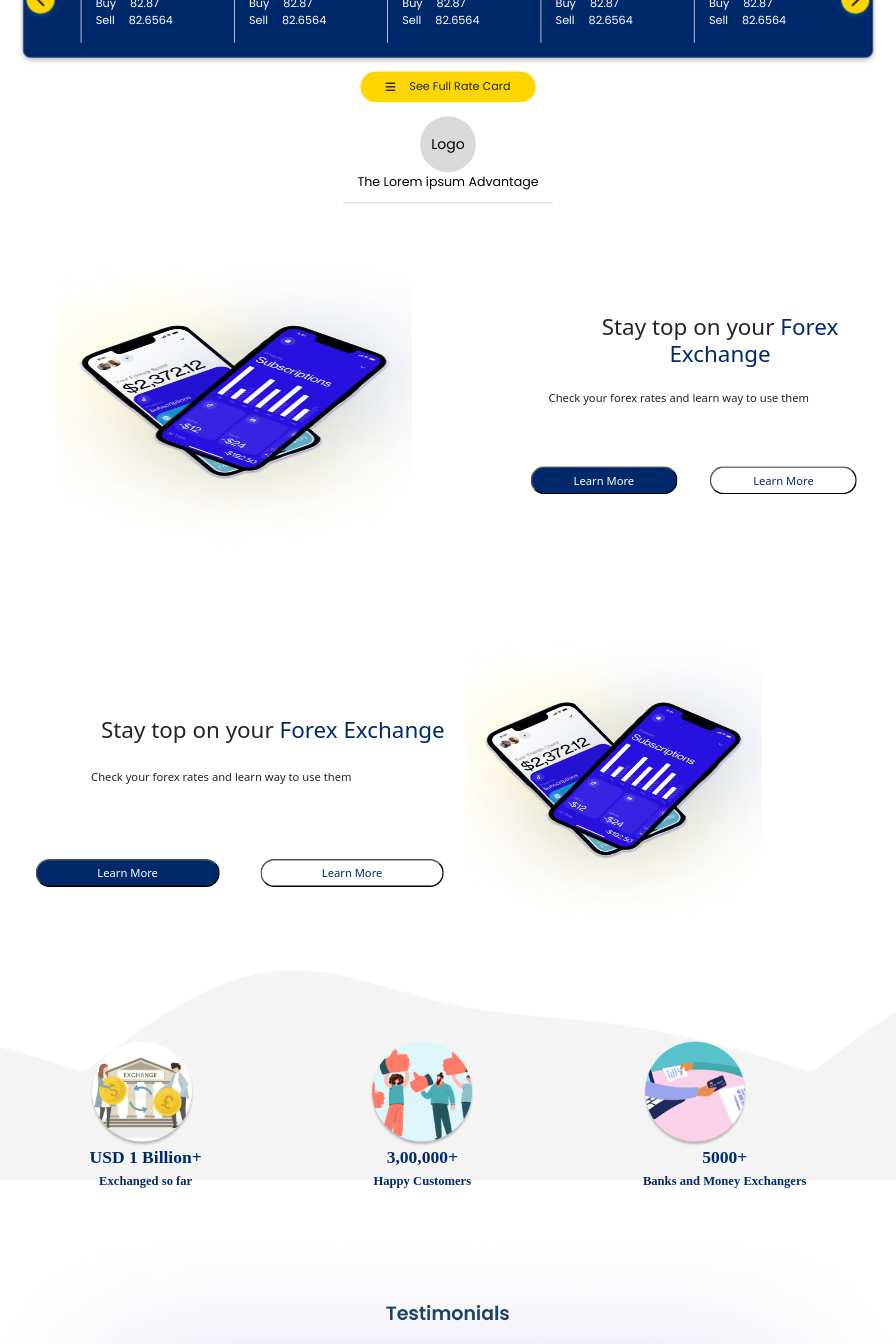
Repository: FlyweisReact/Akshadeep-latest
Page: /
The author's editor kept a copy of each file at every save. The page is drawn from the files as they stood at one save, then again after the next save.
The browser window is 1280 px wide. The pictures show the part of the page from y = 863 to 2783 px (the page is 4672 px tall before and 4669 px after), at 70% of full size.
Some web libraries are served in a nearby version. The project was rebuilt for these pictures with package versions that can differ from the ones it lists, and the page was loaded fresh each time. Also part of the build but not shown: src/components/exchange.jsx, src/components/order_p1.jsx, src/components/order_p2.jsx, src/components/faas.jsx, src/components/offer.jsx, src/components/main2.jsx, src/components/home.jsx, src/components/slider.jsx and 6 more.

Above is the page before, as saved 2023-05-23 16:01:39.

### public/index.html
<!DOCTYPE html>
<html lang="en">
  <head>
    <meta charset="utf-8" />
    <link rel="icon" href="%PUBLIC_URL%/favicon.ico" />
    <meta name="viewport" content="width=device-width, initial-scale=1" />
    <meta name="theme-color" content="#000000" />
    <meta
      name="description"
      content="Web site created using create-react-app"
    />
    <link rel="apple-touch-icon" href="%PUBLIC_URL%/logo192.png" />

    <link rel="manifest" href="%PUBLIC_URL%/manifest.json" />
    <link rel="stylesheet" href="https://cdnjs.cloudflare.com/ajax/libs/font-awesome/5.15.3/css/all.min.css" />
    <link href="https://cdn.jsdelivr.net/npm/bootstrap@5.3.0-alpha1/dist/css/bootstrap.min.css" rel="stylesheet" integrity="sha384-GLhlTQ8iRABdZLl6O3oVMWSktQOp6b7In1Zl3/Jr59b6EGGoI1aFkw7cmDA6j6gD" crossorigin="anonymous">
    <title>React App</title>
  </head>
  <body>
    <noscript>You need to enable JavaScript to run this app.</noscript>
    <div id="root"></div>
    <script src="https://kit.fontawesome.com/b533b351e4.js" crossorigin="anonymous"></script>
  </body>
</html>

### src/components/Main.jsx
/** @format */

import React from "react";
import Navbar from "./navbar";
import "react-responsive-carousel/lib/styles/carousel.min.css";
import BottomCont from "./bottom_cont";
import Footer from "./footer";
import img from "../Images/a-7.png";
import img5 from "../Images/a-58.png";
import UpperForm from "./Component/Index/UpperForm";
import UpperSlider from "./Component/Index/UpperSlider";
import CurrencySlider from "./Component/Index/CurrencySlider";

function Main() {
  return (
    <>
      <Navbar />

      <div className="upper-two-component">
        <div className="left-component">
          <UpperForm />
        </div>
        <div className="right-component">
          <UpperSlider />
        </div>
      </div>

      <div className="Index-currency_cont">
        <CurrencySlider />
      </div>

      <div className="Index_center_button">
      <i className="fa-solid fa-bars"></i>
        <p>See Full Rate Card</p>
      </div>

      <div className="Index_center_Div">
        <div className="logo">
          Logo
        </div>
        <p>The Lorem ipsum Advantage</p>
        <hr />
      </div>



      <div className="main-2-cont">
        <div className="main-2-left">
          <img src={img} alt="" />
        </div>
        <div className="main-2-right">
          <h2>
            Stay top on your <spam className="sp">Forex Exchange</spam>
          </h2>
          <p>Check your forex rates and learn way to use them</p>
          <div className="main-2-r-btn">
            <button className="main-2l-btn">Learn More</button>
            <button className="main-2r-btn">Learn More</button>
          </div>
        </div>
      </div>
      <div className="main-3-cont">
        <div className="main-3-left">
          <h2>
            Stay top on your <spam className="sp">Forex Exchange</spam>
          </h2>
          <p>Check your forex rates and learn way to use them</p>
          <div className="main-2-r-btn">
            <button className="main-2l-btn">Learn More</button>
            <button className="main-2r-btn">Learn More</button>
          </div>
        </div>
        <div className="main-3-right">
          <img src={img} alt="" />
        </div>
      </div>
      <BottomCont />
      <Footer />
    </>
  );
}

export default Main;

### src/Style/Header.css
/** @format */

.Sticky-Header-Companent {
  height: 100%;
  background-color: var(--white);
  position: sticky;
  top: 0;
  z-index: 999;
  padding: 20px;
  transition: box-shadow 0.3s ease;
}

.scrolled {
  box-shadow: rgba(0, 0, 0, 0.24) 0px 3px 8px;
}

.Header {
  width: 100%;
  display: flex;
  justify-content: space-between;
  align-items: center;
}

.Header .left-component a {
  font-family: InterFont;
  font-size: 2rem;
  color: #000000;
  cursor: pointer;
  text-decoration: none;
}

.Header .right-component {
  display: flex;
  gap: 20px;
}
.Header .right-component .btn1 {
  font-weight: 500;
  font-size: var(--medium-font);
  color: var(--black);
  background-color: transparent;
  border: none;
}
.Header .right-component .btn2 {
  font-size: var(--medium-font);
  color: var(--white);
  background-color : #00296B;
  border: 1px solid #00296B;
  padding: 10px;
  width: 200px;
  border-radius: var(--half-border);
}

/* Category Drop- Down */
.Drop-Category-Bar {
  display: flex;
  align-items: center;
}
.Drop-Category-Bar .left-container {
  width: 20%;
  padding: 20px;
}

.Drop-Category-Bar .right-Container {
  display: flex;
  width: 60%;
  justify-content: space-evenly;
}

.Drop-Category-Bar .left-container i {
  font-size: var(--medium-font);
  cursor: pointer;
}
.Drop-Category-Bar .right-Container #dropdown-basic {
  border: none;
  font-size: var(--medium-font);
  font-style: normal;
  line-height: 29px;
  color: #333131;
}
.Drop-Category-Bar .right-Container #dropdown-button-drop-end {
  width: 100%;
  display: flex;
  justify-content: space-between;
  gap: 20px;
  align-items: center;
  font-size: var(--small-font);
  border: none;
}
.Drop-Category-Bar .right-Container .dropdown-item {
  width: 100%;
  font-size: var(--small-font);
  border: none;
  padding-left: 12px;
}

/* FullScreen Offcanvas */
.offcanvas.offcanvas-start {
  width: 100% !important;
  background-color: transparent;
}
.offcanvas-backdrop.show {
  opacity: 0.9 !important;
}
.Offcanvas-Menu {
  position: relative;
  padding: 20px;
}
.Offcanvas-Menu .fa-x {
  font-size: var(--medium-font);
  color: #fff;
  position: absolute;
  right: 20px;
  top: 20px;
  cursor: pointer;
}
.Offcanvas-Menu .Menu-Items {
  display: flex;
  justify-content: space-evenly;
  align-items: center;
  position: absolute;
  top: 50%;
  gap: 20px;
  left: 50%;
  transform: translate(-50%, -50%);
  width: 100%;
  padding-left: 5%;
  padding-right: 5%;
}
.Offcanvas-Menu .Menu-Items div {
  width: 20%;
  cursor: pointer;
}
.Offcanvas-Menu .Menu-Items div img {
  display: block;
  margin: auto;
}
.Offcanvas-Menu .Menu-Items div a {
  text-decoration: none;
}
.Offcanvas-Menu .Menu-Items p {
  font-size: var(--medium-font);
  color: #ffffff;
  text-align: center;
  margin-top: 10px;
  font-family: OpenFont;
  text-decoration: none;
  width: 100%;
}

### src/Style/Layout.css
/**
 * Two Section Component
 *
 * @format
 */

.upper-two-component {
  display: flex;
  justify-content: space-evenly;
  padding-top: 20px;
}
.upper-two-component .left-component {
  width: 40%;
}
.upper-two-component .right-component {
  width: 50%;
}

/* Currency Container */
.Index-currency_cont {
  width: 98%;
  margin: auto;
  padding: 20px;
  filter: drop-shadow(0px 4px 4px rgba(0, 0, 0, 0.25));
  padding-top: 5%;
}

/* Rate Button */
.Index_center_button {
  width: 250px;
  background: #ffd500;
  border-radius: 27px;
  display: flex;
  gap: 20px;
  justify-content: center;
  align-items: center;
  padding: 10px;
  margin: auto;
  cursor: pointer;
}
.Index_center_button i {
  margin: 0;
}
.Index_center_button p {
  margin: 0;
  font-family: PoppinFont;
  font-size: var(--extra-small-font);
}

/* Index_center_Div */
.Index_center_Div {
  width: 300px;
  display: block;
  margin: auto;
  padding-top: 20px;
  text-align: center;
}
.Index_center_Div .logo {
  background-color: #d9d9d9;
  color: #000;
  font-family: PoppinFont;
  width: 80px;
  height: 80px;
  border-radius: 100%;
  display: flex;
  justify-content: center;
  align-items: center;
  margin: auto;
  font-size: var(--medium-font);
}
.Index_center_Div p{
    color: #000;
    font-family: PoppinFont;
    text-align: center;
    font-size: var(--small-font);
}

### src/Style/Component.css
/**
 * Upper Form Component
 *
 * @format
 */

.Index-Upper-Form {
  width: 100%;
  padding-top: 20px;
}
.Index-Upper-Form .button-container {
  display: flex;
  align-items: center;
  justify-content: center;
  gap: 10px;
  width: 100%;
}
.Index-Upper-Form .button-container button {
  background-color: #fff;
  color: #333;
  border: 1px solid #ffd500;
  font-size: var(--small-font);
  cursor: pointer;
  padding: 10px;
  width: 20%;
  font-family: OpenFont;
  border-radius: 4px;
  transition: 0.5s;
}
.Index-Upper-Form .button-container button:hover {
  background: #ffd500;
}
.Index-Upper-Form .form-cont {
  width: 100%;
  margin-top: 10px;
  background: #00296b;
  border: 1px solid #333131;
  box-shadow: 0px 0px 100px 8px rgba(255, 213, 0, 0.3);
  border-radius: 12px;
  position: relative;
  padding: 20px;
}
.Index-Upper-Form .form-cont .form-part-1 .two-cont {
  display: flex;
  justify-content: space-between;
  width: 100%;
}
.Index-Upper-Form .form-cont .form-part-1 .two-cont div {
  width: 45%;
}
.Index-Upper-Form .form-cont .form-part-1 .two-cont div label {
  color: var(--white);
  font-size: var(--extra-small-font);
  font-family: PoppinFont;
  line-height: 24px;
  color: #ffffff;
}

.Index-Upper-Form .form-cont .form-part-1 .two-cont div select {
  width: 100%;
  margin-top: 3px;
  outline: none;
  font-size: var(--extra-small-font);
  color: #897f7f;
  font-family: PoppinFont;
  padding: 10px;
  border-radius: 4px;
  border: 1px solid #897f7f;
}
.Index-Upper-Form .form-cont .form-part-1 .rate {
  font-size: 16px;
  line-height: 24px;
  color: #ffffff;
  margin-top: 10px;
  font-family: PoppinFont;
}
.Index-Upper-Form .form-cont .form-part-1 .two-cont div input {
  width: 100%;
  margin-top: 3px;
  outline: none;
  font-size: var(--extra-small-font);
  color: #897f7f;
  font-family: PoppinFont;
  padding: 10px;
  border-radius: 4px;
  border: 1px solid #897f7f;
}
.Index-Upper-Form .form-cont .form-part-1 .two-cont div input::placeholder {
  color: #897f7f;
}
.Index-Upper-Form .form-cont .form-part-1 .two-cont .two-section {
  display: flex;
  gap: 10px;
  color: var(--white);
  margin-top: 10px;
  align-items: center;
}
.Index-Upper-Form .form-cont .form-part-1 .two-cont .two-section p {
  margin: 0;
  font-family: PoppinFont;
}
.Index-Upper-Form .form-cont .form-part-1 .two-cont .two-section button {
  background-color: #214360;
  outline: none;
  border: 1px solid #214360;
  color: var(--white);
  font-family: PoppinFont;
}
.Index-Upper-Form .form-cont .form-part-1 .two-cont .two-section i {
  color: #ffd500;
}
.Index-Upper-Form .form-cont .form-part-1 .two-cont .two-section .add {
  color: #ffd500;
  text-decoration: underline;
}
.Index-Upper-Form .form-cont .ord-btn {
  font-size: var(--medium-font);
  font-family: PoppinFont;
  background: #ffd500;
  border-radius: 30.2748px;
  border: none;
  width: 40%;
  padding: 10px;
  display: block;
  margin: auto;
  position: absolute;
  top: 98%;
  cursor: pointer;
  left: 50%;
  transform: translate(-50%, -50%);
}

/* Slick Slider */
.slick-slider-Cont {
  position: relative;
}
.slick-slider-Cont .Prev-Next_cont {
  display: flex;
  justify-content: space-between;
}
.slick-slider-Cont .Prev-Next_cont .PrevImg {
  position: absolute;
  top: 50%;
  left: 5%;
  transform: translate(-50%, -50%);
  cursor: pointer;
}
.slick-slider-Cont .Prev-Next_cont .NextImg {
  position: absolute;
  top: 50%;
  left: 95%;
  transform: translate(-50%, -50%);
  cursor: pointer;
}

.Slick-Slider {
  height: 100%;
  padding: 20px;
}
.Slick-Slider .slider-container-div {
  width: 100%;
}
.Slick-Slider .slider-container-div p {
  font-family: PoppinFont;
  font-size: 24px;
  line-height: 40px;
  color: #000;
  text-align: center;
  margin: 0;
}
.Slick-Slider .slider-container-div img {
  display: block;
  margin: auto;
}
.Slick-Slider:focus {
  border: none !important;
}
.Slick-Slider:active {
  border: none !important;
}

.Slick-Slider .slider-container-div .two-comp {
  display: flex;
  justify-content: space-evenly;
  gap: 10px;
}
.Slick-Slider .slider-container-div .two-comp .left-comp {
  width: 45%;
  position: relative;
}
.Slick-Slider .slider-container-div .two-comp .left-comp img {
  position: absolute;
  top: 50%;
  left: 50%;
  transform: translate(-50%, -50%);
}
.Slick-Slider .slider-container-div .two-comp .right-comp {
  width: 60%;
}
.Slick-Slider .slider-container-div .two-comp .right-comp div {
  display: flex;
  padding-top: 20px;
  gap: 20px;
  align-items: center;
}
.Slick-Slider .slider-container-div .two-comp .right-comp p {
  margin: 0;
  font-size: var(--extra-small-font);
  line-height: normal;
  width: 90%;
  text-align: left;
}
.Slick-Slider .slider-container-div .two-comp .right-comp i {
  margin: 0;
  background-color: #00a067;
  color: #fff;
  border-radius: 100%;
  padding: 5px;
}


/* Currency-Slider  */
.currency_slider_cont{
  background-color: #00296B;
  border: 1px solid #00296B;
  border-radius: 10px;
  position: relative;
  width: 100%;
}
.currency_slider_cont .currency_slider{
  height: 100%;
  padding: 20px;
  padding-left: 5%;
  padding-right: 5%;
}
.currency_slider_cont .currency_slider:focus {
  border: none !important;
}
.currency_slider_cont .currency_slider:active {
  border: none !important;
}

.currency_slider_cont .currency_slider .Item{
  color: #fff;
  border-right: 1px solid #fff;
  padding: 20px;
  width: 20%;
}
.currency_slider_cont .currency_slider .Item p{
  margin: 0;
}
.currency_slider_cont .currency_slider .Item .head{
  font-family: PoppinFont;
  font-size: var(--medium-font);
}
.currency_slider_cont .currency_slider .Item .two_sec{
  display: flex;
  align-items: center;
  gap: 20px;
}
.currency_slider_cont .currency_slider .Item .two_sec p{
  font-family: PoppinFont;
font-size: var(--extra-small-font);
}
.currency_slider_cont .Prev-Next_cont {
  display: flex;
  justify-content: space-between;
}
.currency_slider_cont .Prev-Next_cont .PrevImg {
  position: absolute;
  top: 50%;
  left: 2%;
  transform: translate(-50%, -50%);
  cursor: pointer;
}
.currency_slider_cont .Prev-Next_cont .NextImg {
  position: absolute;
  top: 50%;
  left: 98%;
  transform: translate(-50%, -50%);
  cursor: pointer;
}

.slick-prev:before {
  display: none !important;
}
.slick-next:before{
  display: none
  ;
}

### src/components/navbar.jsx
import Header from "./Layout/Header";

const Navbar = () => {
  return (
    <>
      <Header />

    </>
  );
};

export default Navbar;

### src/components/bottom_cont.jsx
import React from "react";
import img from "../Images/a-33.png";
import img2 from "../Images/a-34.png";
import img3 from "../Images/a-35.png";
import img4 from "../Images/a-36.png";
import img5 from "../Images/a-37.png";
import img6 from "../Images/a-51.png";

const BotCont = () => {
  return (
    <>
      <div className="bot-part-1">
        <div className="bot-cont-imgs">
          <div>
            <img src={img} />
            <h6>USD 1 Billion+</h6>
            <p>Exchanged so far</p>
          </div>
          <div>
            <img src={img2} />
            <h6>3,00,000+</h6>
            <p>Happy Customers</p>
          </div>
          <div>
            <img src={img3} />
            <h6>5000+</h6>
            <p>Banks and Money Exchangers</p>
          </div>
        </div>
      </div>
      <div className="bot-part-3">
        <img src={img6} />
      </div>
      <div className="bot-part-2">
        <h3>Media Mentions</h3>
        <div className="bot-part-2-sub">
          <div className="bot-cont-card">
            <h4>Loren Ipsum Id best Platform out there</h4>
            <p>
              Lorem Ipsum is simply dummy text of the printing and typesetting
              industry. Lorem Ipsum has been the industry's standard dummy text
              ever since the 1500s, when an unknown printer took a galley of
              type and scrambled it to make a type specimen book.
            </p>
            <div className="thin-line"></div>
            <div className="bot-cont-card-2">
              <img src={img4} />
              <p>5 star</p>
            </div>
          </div>
          <div className="bot-cont-card">
            <h4>Loren Ipsum Id best Platform out there</h4>
            <p>
              Lorem Ipsum is simply dummy text of the printing and typesetting
              industry. Lorem Ipsum has been the industry's standard dummy text
              ever since the 1500s, when an unknown printer took a galley of
              type and scrambled it to make a type specimen book.
            </p>
            <div className="thin-line"></div>
            <div className="bot-cont-card-2">
              <img src={img5} style={{height:"40px"}} />
              <p>5 star</p>
            </div>
          </div>
        </div>
      </div>
    </>
  );
};

export default BotCont;

### src/components/footer.jsx
import React from "react";

const Footer = () => {
  return (
    <footer className="footer">
      <div className="footer-cont">
        <div className="foot-row">
          <div className="foot-col">
            <h3>Company</h3>
            <p>About Us</p>
            <p>Contact Us</p>
            <p>Careers</p>
          </div>
          <div className="foot-col">
            <h3>Services</h3>
            <p>Prepaid Travel Card</p>
            <p>Foreign Demand Draft</p>
            <p>Foreign Currency</p>
            <p>Educational Loans</p>
            <p>Remmittance</p>
            <p>Travel Insurance</p>
            <p>Forex as a Service (Faas Solution)</p>
          </div>
          <div className="foot-col">
            <h3>Quick Links</h3>
            <p>FAQs</p>
            <p>Cancellation & Refund Policy</p>
            <p>Forex Rates</p>
            <p>Our Policies</p>
            <p>Terms of Use</p>
            <p>Site Map</p>
            <p>Offers</p>
          </div>
          <div className="foot-col">
            <h3>Insight</h3>
            <p>Blogs</p>
            <p>Press Release</p>
            <p>Foreign Currency</p>
            <p>Educational Loans</p>
            <p>Remmittance</p>
            <p>Travel Insurance</p>
            <p>Forex as a Service (Faas Solution)</p>
          </div>
          <div className="foot-col">
            <h3>Registered Office Address</h3>
            <p>Lorem Ipsum Pvt ltd.</p>
            <p>P-701 to P-705 lorem ipsum , 7th floor, 11th tower, panchsheel primerose, vatista
                , Gurugram, Hariyana
            </p>
            {/*<ul className="social-icons">
              <li>
                <a href="#">
                  <i className="fab fa-facebook-f"></i>
                </a>
              </li>
              <li>
                <a href="#">
                  <i className="fab fa-twitter"></i>
                </a>
              </li>
              <li>
                <a href="#">
                  <i className="fab fa-linkedin"></i>
                </a>
              </li>
              <li>
                <a href="#">
                  <i className="fab fa-instagram"></i>
                </a>
              </li>
            </ul>*/}
          </div>
        </div>
      </div>
      <div className="footer-bottom">
        <p>&copy; 2023 Forex Inc. All Rights Reserved.</p>
      </div>
    </footer>
  );
};

export default Footer;

### src/components/signup.jsx
import Button from "react-bootstrap/Button";
import Modal from "react-bootstrap/Modal";

function MyVerticallyCenteredModal(props) {
  return (
    <Modal
      {...props}
      size="lg"
      aria-labelledby="contained-modal-title-vcenter"
      centered
    >
      <Modal.Body>
        <div className="popupe-container">
          <div className="popupe">
            <span className="close" onClick={props.onHide}>
              &times;
            </span>
            <h2 className="form-title">Register</h2>
            <form>
              <div class="form-groupe">
                <label for="name" className="label-inp">Name</label>
                <input type="text" id="name" name="name" placeholder="Enter your name here" />
              </div>
              <div class="form-groupe">
                <label for="mobile" className="label-inp">Mobile Number</label>
                <input type="email" id="email" name="email" placeholder="Enter your mobile no here"/>
              </div>
              <div class="form-groupe">
                <label for="email" className="label-inp">Email</label>
                <input type="email" id="email" name="email" placeholder="Enter your email here"/>
              </div>
              <button type="submit" className="btn-form-submit">Submit</button>
            </form>
            <h2 className="form-title">Or</h2>
            <div className="form-bot-cont">
              <div className="left-btn">
                  <button className="btn-2">
                  <i class="fab fa-facebook-f fc" ></i>
                  facebook</button>
              </div>
              <div className="right-btn">
                  <button className="btn-2">
                  <i class="fab fa-google-plus-g gl"></i>
                    Google</button>
              </div>
            </div>
            </div>
          </div>
      </Modal.Body>
    </Modal>
  );
}

export default MyVerticallyCenteredModal;

### src/components/login.jsx

import Modal from "react-bootstrap/Modal";

function MyVerticallyCenteredModal(props) {
  return (
    <Modal
      {...props}
      size="lg"
      aria-labelledby="contained-modal-title-vcenter"
      centered
    >
      <Modal.Body>
        <div className="popupe-container">
          <div className="popupe">
            <span className="close" onClick={props.onHide}>
              &times;
            </span>
            <h2 className="form-title">Login</h2>
            <form>
              <div class="form-groupe">
                <label for="name" className="label-inp">Mobile Number/ Email Id</label>
                <input type="text" id="name" name="name" placeholder="Enter mobile number/ email Id" />
              </div>
              <button type="submit" className="btn-form-submit">Submit</button>
            </form>
            </div>
            <h2 className="form-title">Or</h2>
            <div className="form-bot-cont">
              <div className="left-btn">
                  <button className="btn-2">
                  <i class="fab fa-facebook-f fc" ></i>
                  facebook</button>
              </div>
              <div className="right-btn">
                  <button className="btn-2">
                  <i class="fab fa-google-plus-g gl"></i>
                    Google</button>
              </div>
            </div>
          </div>
      </Modal.Body>
    </Modal>
  );
}

export default MyVerticallyCenteredModal;

Loaded but not shown: src/Json/menu.json (187 lines, source omitted); src/components/Component/Index/UpperSlider.js (180 lines, source omitted); src/components/Component/Index/CurrencySlider.js (162 lines, source omitted); src/components/Component/Index/UpperForm.js (74 lines, source omitted); src/components/Layout/DropBar.js (60 lines, source omitted); src/components/Layout/Sidebar.js (70 lines, source omitted); src/App.js (50 lines, source omitted); src/components/Layout/Header.js (56 lines, source omitted); src/index.js (13 lines, source omitted); src/index.css (2406 lines, source omitted)

After the next save:
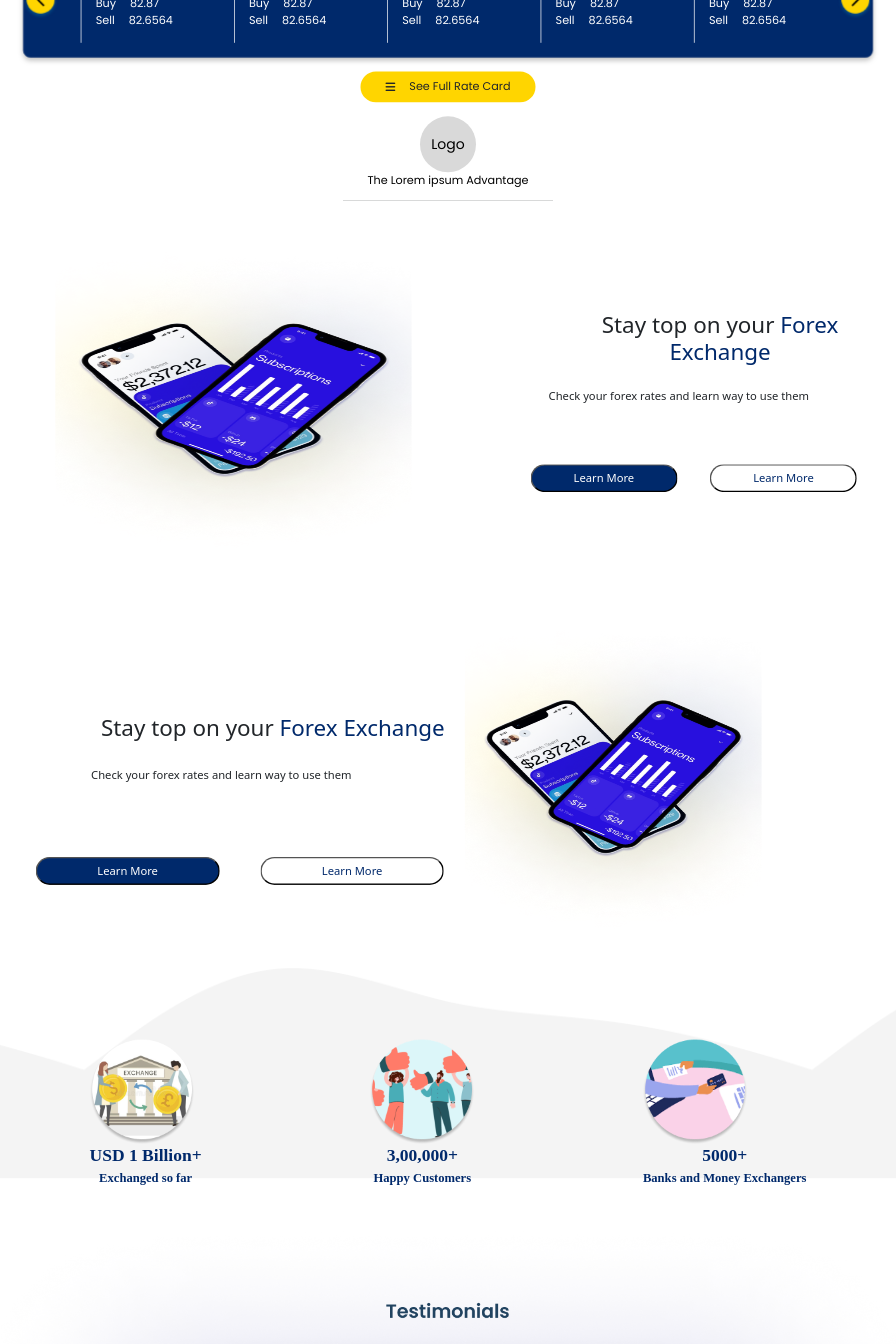
Saved 6 s later.
--- a/src/Style/Layout.css
+++ b/src/Style/Layout.css
@@ -72,5 +72,5 @@
     color: #000;
     font-family: PoppinFont;
     text-align: center;
-    font-size: var(--small-font);
+    font-size: var(--extra-small-font);
 }
